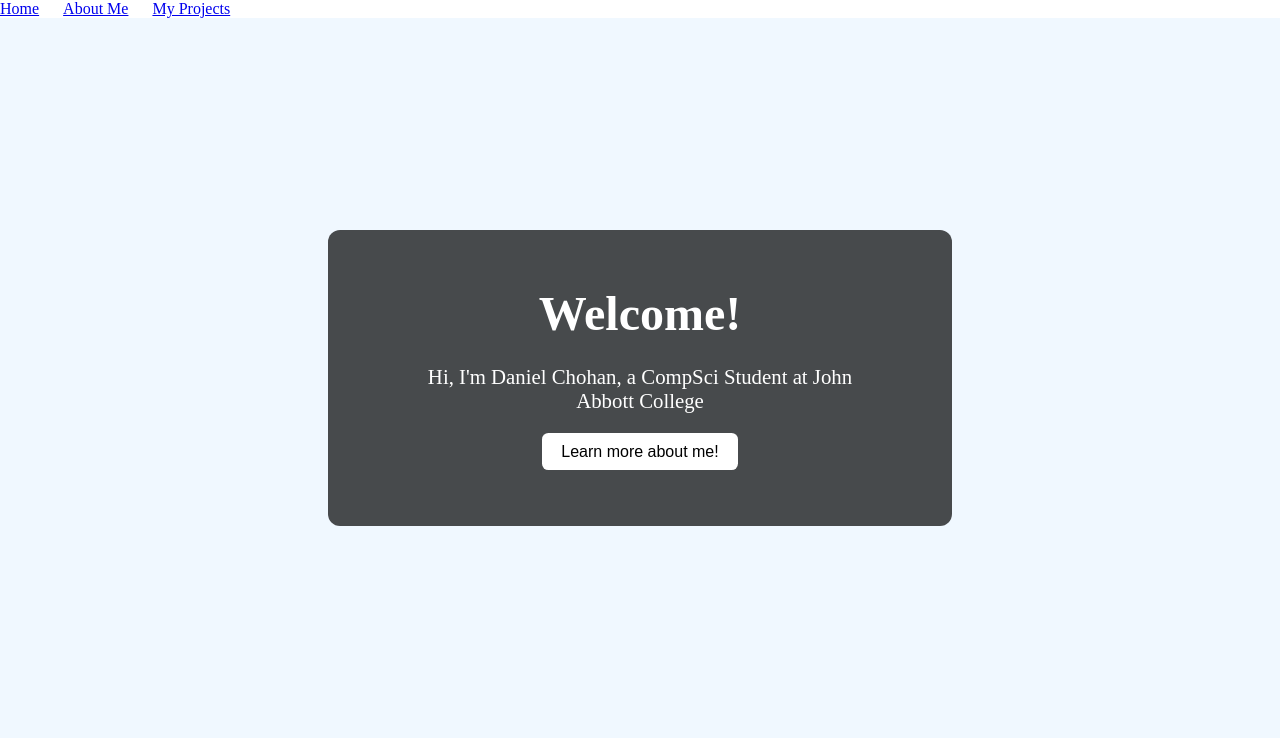
Repository: danielchohan/danielchohan
Page: index.html
These files come from the project's save history. The page is drawn as it stood at one moment and after the next save; the edit follows.
The browser window is 1280 px wide. The pictures show the whole page.

Above is the page before, as saved 2026-05-06 14:57:49.

### index.html
<!DOCTYPE html>
<html lang="en">
<head>
    <meta charset="UTF-8">
    <meta name="viewport" content="width=device-width, initial-scale=1.0">
    <title>Elden Ring Portfolio</title>
    <link rel="stylesheet" href="./styles/index.css">
    <link rel="stylesheet" href="./styles/global.css">
</head>
<body>

    <!-- Nav Bar-->
<nav Class ="TopBar">
<UL class="navlinks">
    <li><a href="index.html">Home</a></li>
    <li><a href="AboutMe.html">About Me</a></li>
    <li><a href="Projects.html">My Projects</a></li>
</UL>
</nav>

<!-- Hero Spot -->
 <section class="hero">
    <div class="overlay">
        <h1>Welcome!</h1>
        <p>Hi, I'm Daniel Chohan, a CompSci Student at John Abbott College</p>
        <button>Learn more about me!</button>
    </div>
 </section>

</body>
</html>

### styles/index.css
.navbar{
    position:fixed;
    top:0;
    width:100%;
    padding:  0.75rem 1.25rem;
    display: flex;
    justify-content: space-between;
    align-items: center;
    color:white;
    z-index: 10;
}
.navlinks{
    display:none;
}

.hero{
    height: 100vh;
    width:100%;

   background-color: aliceblue;
    background-size:cover;
    display:flex;
    justify-content: center;
    align-items: center;

    padding: 1rem;
}

.overlay{
    background:rgba(0,0,0,0.7);
    padding:1.5rem;
    border-radius: 0.75rem;
    text-align: center;
    color:white;

    max-width: 90%;
}

.overlay h1{
    font-size:1.75rem;
    margin-bottom: 0.5em;
}

.overlay p{
    font-size: 1rem;
    margin-bottom: 1em;
}

.overlay button{
    padding: 0.6em 1.2em;
    font-size: 1rem;
    border:none;
    border-radius:0.4rem;
    background:white;
    color:black;
}

@media (min-width:768px) {
    .navbar{
        padding: 1rem 2.5rem
    }
    .navlinks{
        display:flex;
        gap:1.5rem;
        list-style:none;
    }
    .overlay{
        padding:2.5rem;
        max-width:70%;
    }
    .overlay h1{
        font-size:2.5rem;
    }
    .overlay p{
        font-size:1.2rem;
    }
}
@media (min-width:1024px) {
    .overlay{
        padding:3.5rem 5rem;
        max-width: 50%;
    }

    .overlay h1{
        font-size:3rem;
    }
    .overlay p{
        font-size: 1.3rem;
    }
}

### styles/global.css
@font-face {
    font-family: EldenFont;
    src: url(../assets/fonts/Mantinia\ Regular.otf);
    font-weight: normal;
    font-style: normal;
}

*{
    margin: 0;
    padding: 0;
    box-sizing: border-box;
}

After the next save:
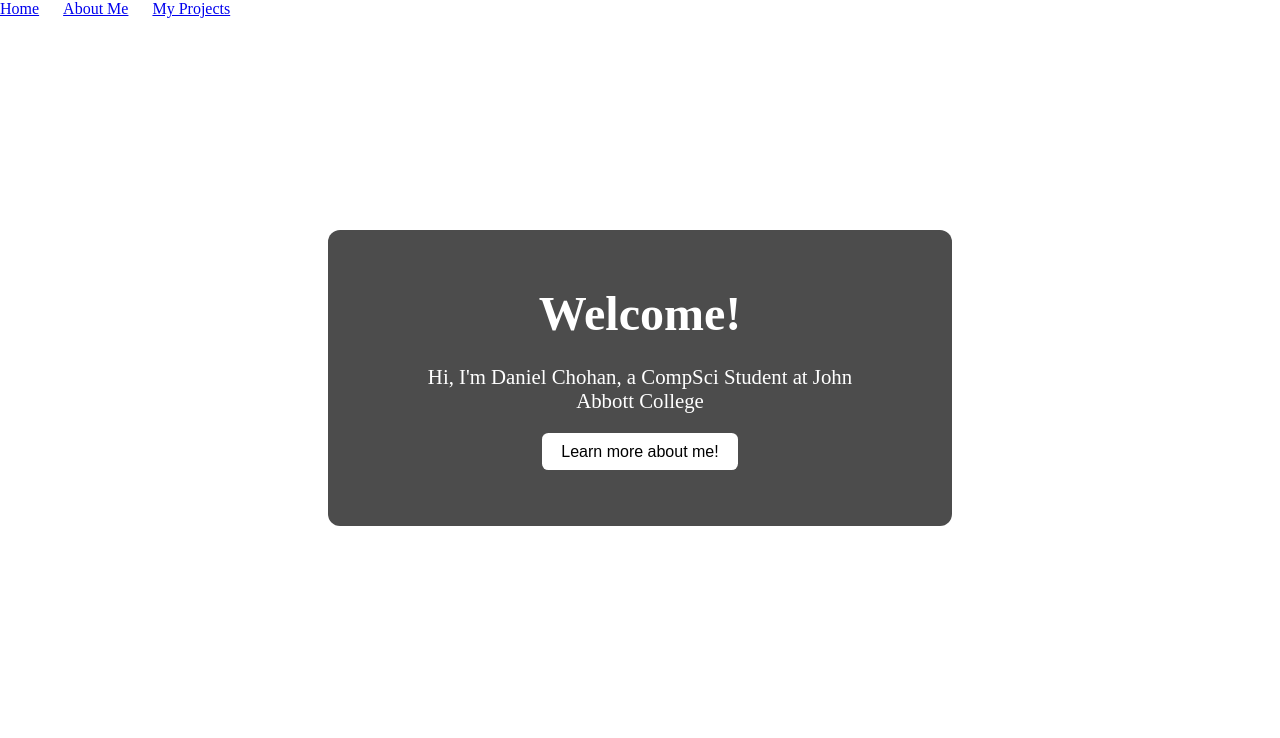
Saved 8 s later.
--- a/styles/index.css
+++ b/styles/index.css
@@ -1,4 +1,4 @@
-.navbar{
+.topbar{
     position:fixed;
     top:0;
     width:100%;
@@ -17,7 +17,7 @@
     height: 100vh;
     width:100%;
 
-   background-color: aliceblue;
+
     background-size:cover;
     display:flex;
     justify-content: center;
